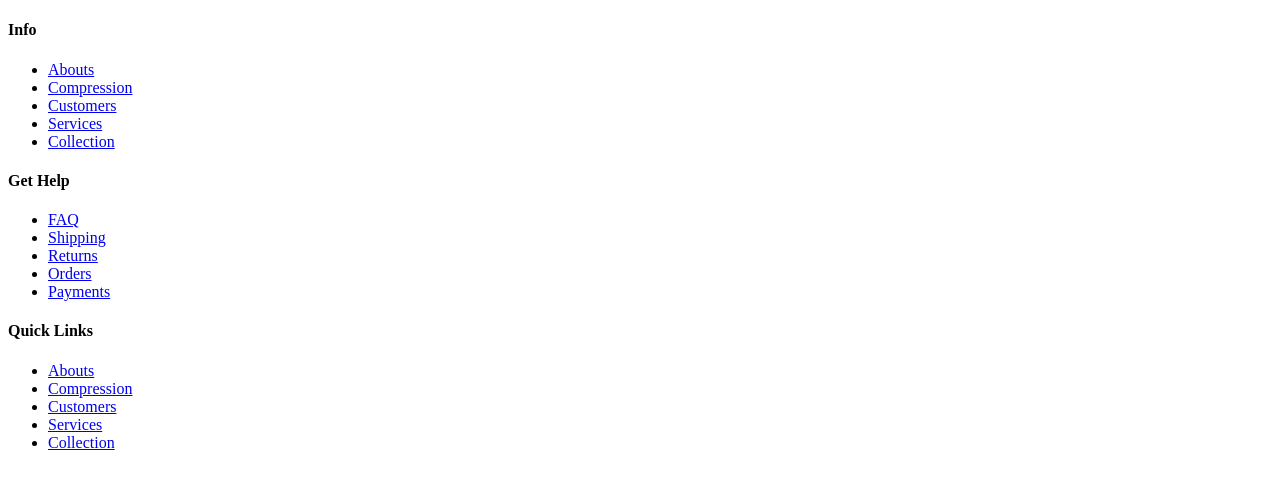
Repository: syni18/responsive_footer
Page: index.html
The author's editor kept a copy of each file at every save. The page is drawn from the files as they stood at one save, then again after the next save.
The browser window is 1280 px wide. The pictures show the whole page.

Above is the page before, as saved 2023-11-03 17:02:30.

### index.html
<!DOCTYPE html>
<html lang="en">
<head>
    <meta charset="UTF-8">
    <meta name="viewport" content="width=device-width, initial-scale=1.0">
    <title>Responsive footer</title>
</head>
<body>
    <section class="footer">
        <div class="footer-row">
            <div class="footer-col">
                <h4>Info</h4>
                <ul class="links">
                    <li><a href="#">Abouts</a></li>
                    <li><a href="#">Compression</a></li>
                    <li><a href="#">Customers</a></li>
                    <li><a href="#">Services</a></li>
                    <li><a href="#">Collection</a></li>
                </ul>
            </div>

            <div class="footer-col">
                <h4>Get Help</h4>
                <ul class="links">
                    <li><a href="#">FAQ</a></li>
                    <li><a href="#">Shipping</a></li>
                    <li><a href="#">Returns</a></li>
                    <li><a href="#">Orders</a></li>
                    <li><a href="#">Payments</a></li>
                </ul>
            </div>

            <div class="footer-col">
                <h4>Quick Links</h4>
                <ul class="links">
                    <li><a href="#">Abouts</a></li>
                    <li><a href="#">Compression</a></li>
                    <li><a href="#">Customers</a></li>
                    <li><a href="#">Services</a></li>
                    <li><a href="#">Collection</a></li>
                </ul>
            </div>
        </div>
    </section>
</body>
</html>

After the next save:
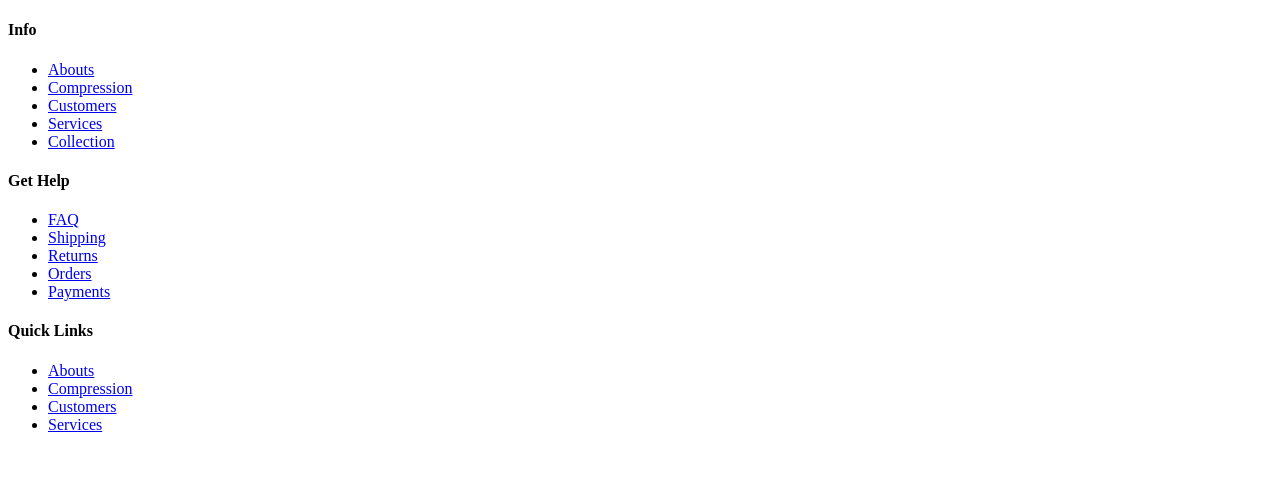
Saved 7 s later.
--- a/index.html
+++ b/index.html
@@ -37,7 +37,7 @@
                     <li><a href="#">Compression</a></li>
                     <li><a href="#">Customers</a></li>
                     <li><a href="#">Services</a></li>
-                    <li><a href="#">Collection</a></li>
+
                 </ul>
             </div>
         </div>
